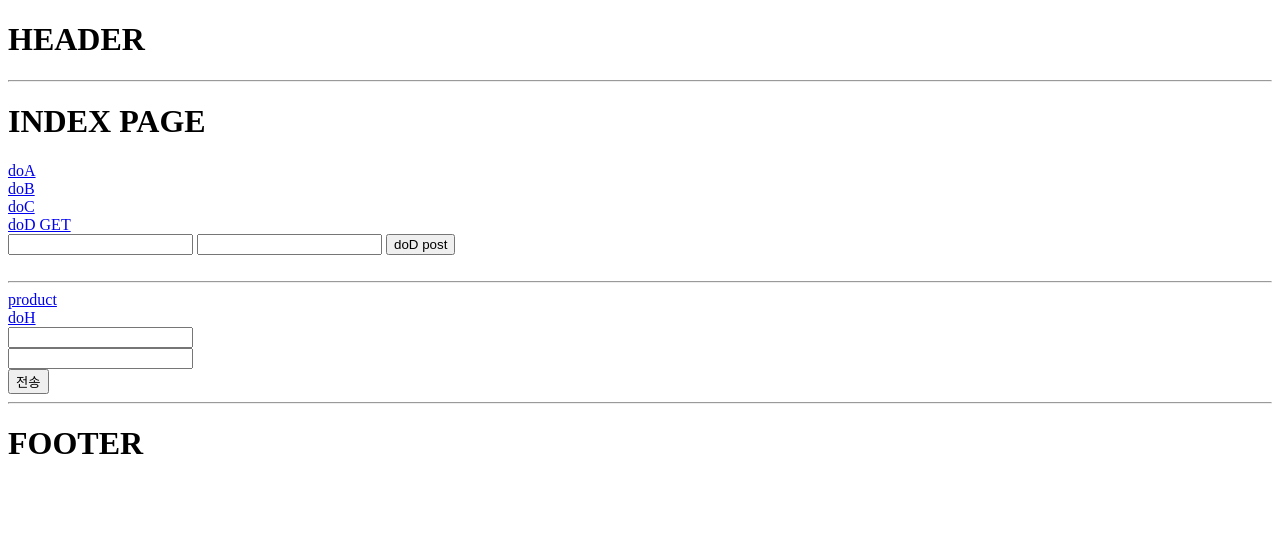
Repository: gitgw016/spring
Page: http://localhost/mvc_part02_controller/
The author's editor kept a copy of each file at every save. The page is drawn from the files as they stood at one save, then again after the next save.
The browser window is 1280 px wide. The pictures show the whole page.
The page is served by Tomcat 9. Other server files are loaded and not shown.

Above is the page before, as saved 2022-01-12 02:21:58.

### mvc_part02_controller/src/main/webapp/index.jsp
<%@ page language="java" contentType="text/html; charset=UTF-8"
    pageEncoding="UTF-8"%>
<jsp:include page="WEB-INF/views/common/header.jsp"/>
	<h1>INDEX PAGE</h1>
	<a href="doA">doA</a> <br/>
	<a href="doB">doB</a> <br/>
	<a href="doC">doC</a> <br/>
	<a href="doD?msg=hi">doD GET</a> <br/>
	<form action="doD" method="post">
		<input type="text" name="msg"/>
		<input type="number" name="age" required/>
		<input type="submit" value="doD post"/>
	</form>
	<br/>
	<hr/>
	<a href="product">product</a> <br/>
	<a href="doH">doH</a> <br/>
	<form action="productWrite" method="post">
		<input type="text" name="name"/> <br/>
		<input type="number" name="price" required/> <br/>
		<input type="submit" value="전송"/>
	</form>
<jsp:include page="WEB-INF/views/common/footer.jsp"/>
</body>
</html>

### mvc_part02_controller/src/main/webapp/WEB-INF/views/common/header.jsp
<%@ page language="java" contentType="text/html; charset=UTF-8"
    pageEncoding="UTF-8"%>
<!DOCTYPE html>
<html>
<head>
<meta charset="UTF-8">
<title>Insert title here</title>
</head>
<body>
<!-- header.jsp -->
<h1>HEADER</h1>
<hr/>

### mvc_part02_controller/src/main/webapp/WEB-INF/views/common/footer.jsp
<%@ page language="java" contentType="text/html; charset=UTF-8"
    pageEncoding="UTF-8"%>
<!-- footer.jsp -->
<hr/>
<h1>FOOTER</h1>
</body>
</html>

After the next save:
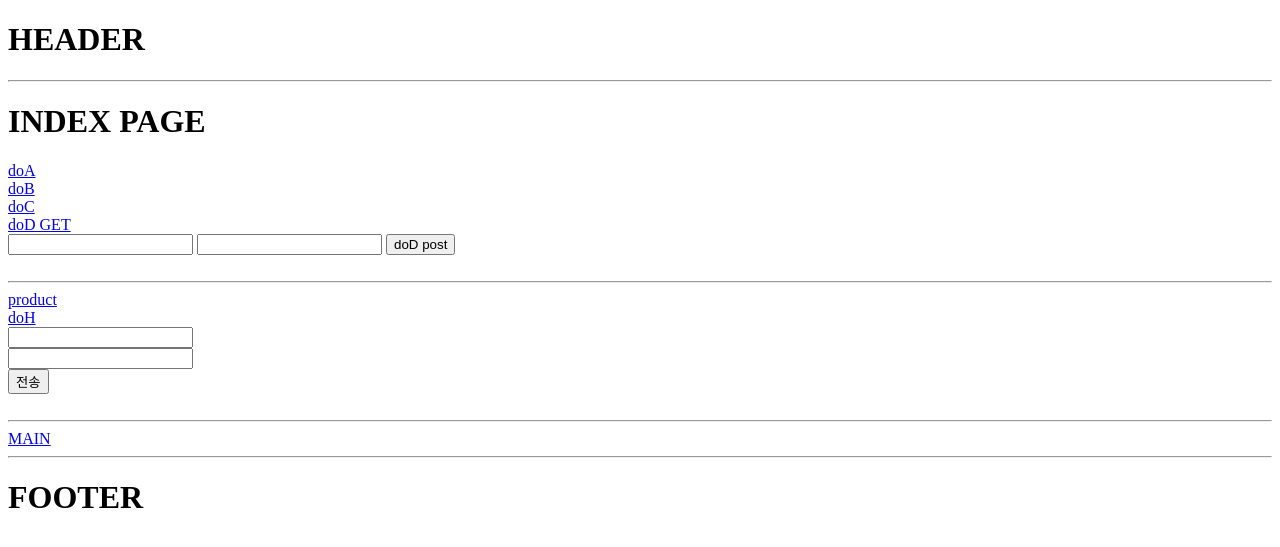
Saved 47 s later.
--- a/mvc_part02_controller/src/main/webapp/index.jsp
+++ b/mvc_part02_controller/src/main/webapp/index.jsp
@@ -20,6 +20,9 @@
 		<input type="number" name="price" required/> <br/>
 		<input type="submit" value="전송"/>
 	</form>
+	<br/>
+	<hr/>
+	<a href="main.do">MAIN</a>
 <jsp:include page="WEB-INF/views/common/footer.jsp"/>
 </body>
 </html>
